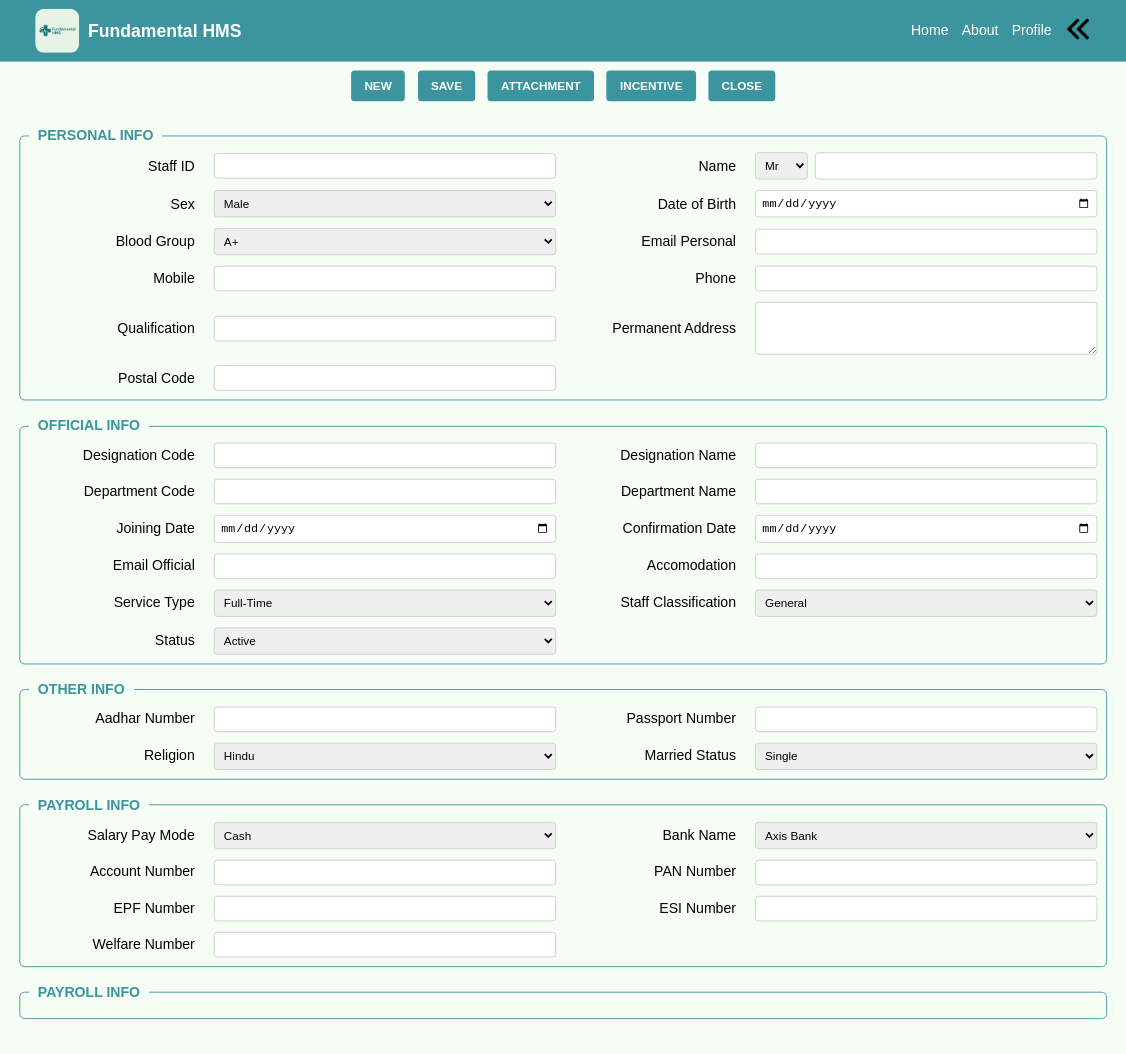
Repository: NAGENDRAN0/New
Page: http://localhost/staff
The author's editor kept a copy of each file at every save. The page is drawn from the files as they stood at one save, then again after the next save.
The browser window is 1280 px wide. The pictures show the whole page, at 88% of full size.
The page is this project's Thymeleaf template; nobody is signed in. The template is opened directly, without the code that normally fills it, so the values that code supplies are empty.

Above is the page before, as saved 2025-05-19 11:02:17.

After the next save:
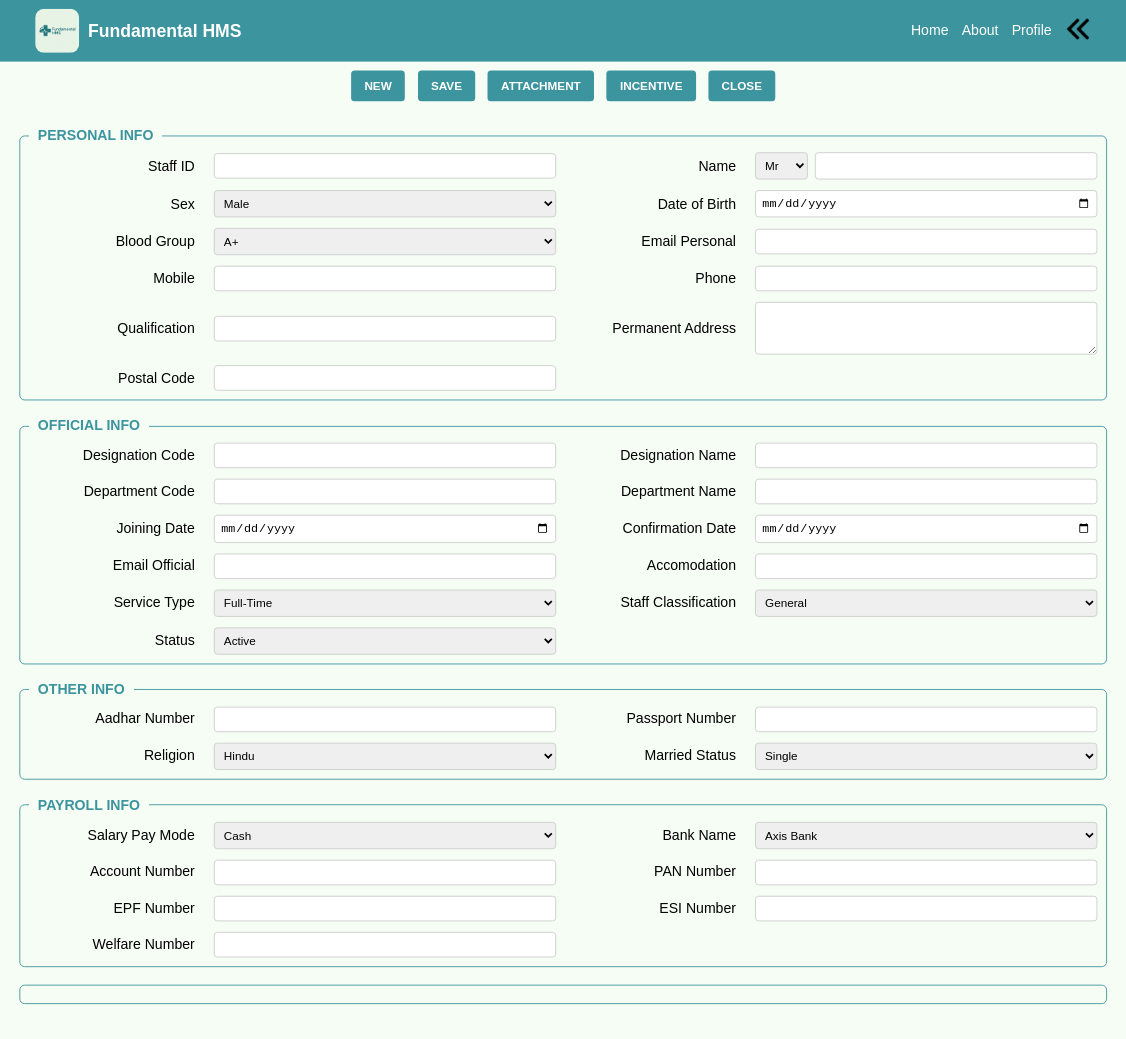
Saved 9 s later.
--- a/Documents/workspace-spring-tool-suite-4-4.25.0.RELEASE/HMS/src/main/resources/templates/staff.html
+++ b/Documents/workspace-spring-tool-suite-4-4.25.0.RELEASE/HMS/src/main/resources/templates/staff.html
@@ -296,7 +296,7 @@
 			</div>
 		</fieldset>
 		<fieldset>
-					<legend>PAYROLL INFO</legend>
+
 
 
 				</fieldset>

After the save that followed:
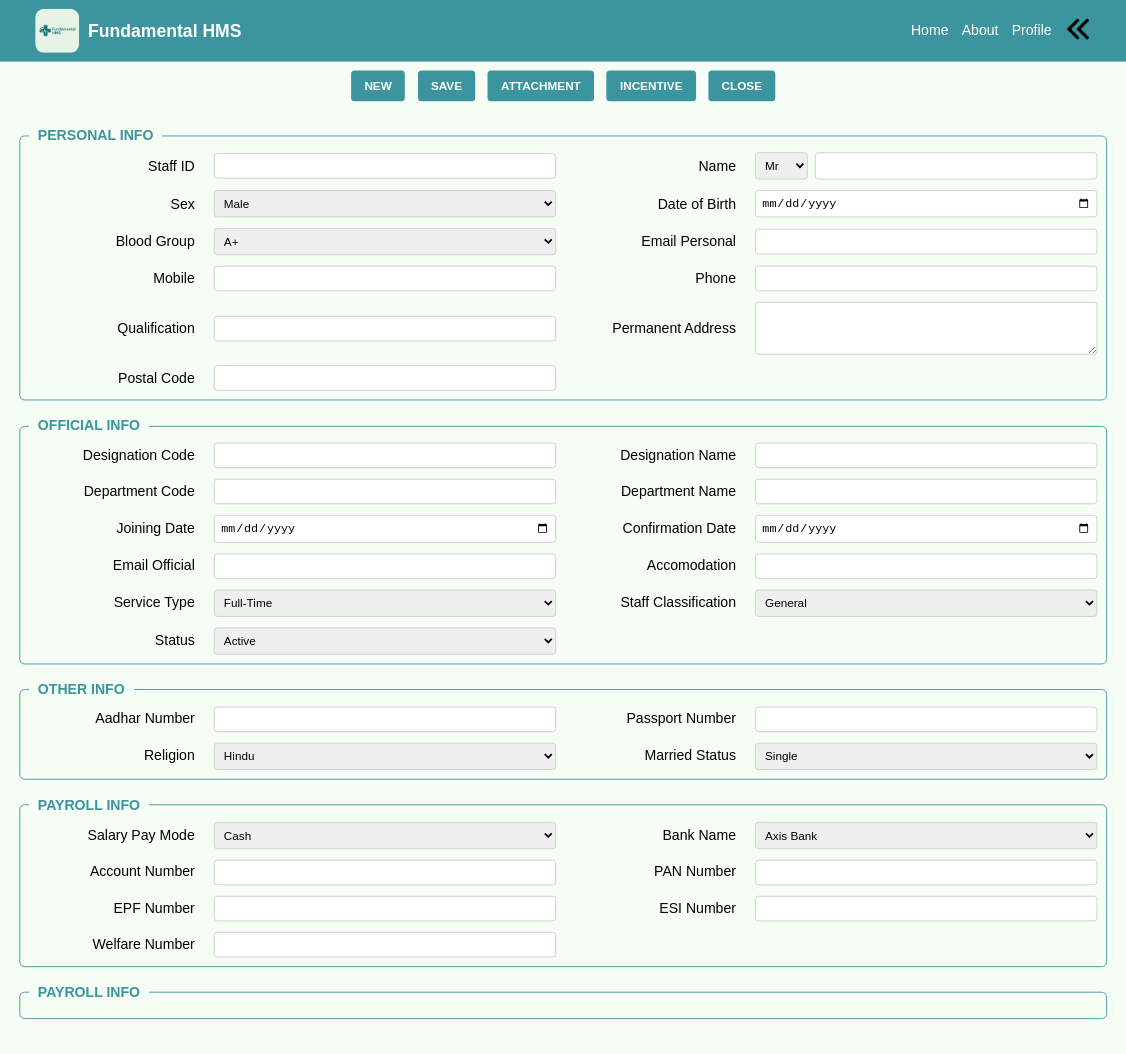
Saved 7 s later.
--- a/Documents/workspace-spring-tool-suite-4-4.25.0.RELEASE/HMS/src/main/resources/templates/staff.html
+++ b/Documents/workspace-spring-tool-suite-4-4.25.0.RELEASE/HMS/src/main/resources/templates/staff.html
@@ -296,7 +296,7 @@
 			</div>
 		</fieldset>
 		<fieldset>
-
+					<legend>PAYROLL INFO</legend>
 
 
 				</fieldset>
